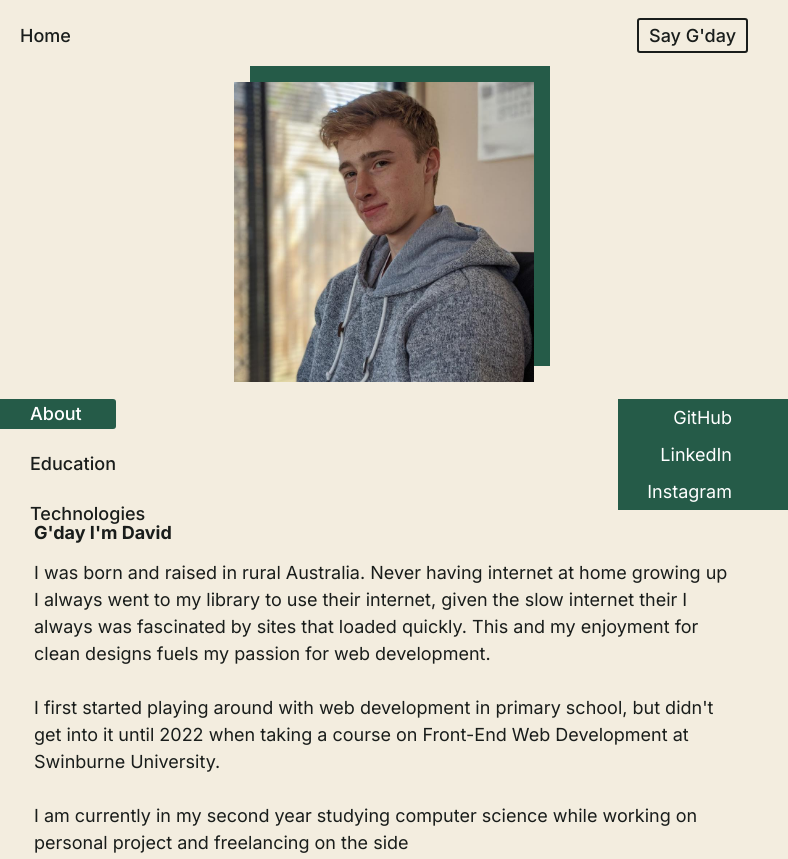
Repository: David-Waite/David-Waite-Portfolio
Page: /about
The author's editor kept a copy of each file at every save. The page is drawn from the files as they stood at one save, then again after the next save.
The browser window is 768 px wide. The page is 788 px wide, so the pictures cover 788 px, including what lies to the right of the window. The pictures show the whole page.
The project was rebuilt for these pictures with package versions that can differ from the ones it lists, and the page was loaded fresh each time. The framework's server and built-in components were replaced by stand-ins that run in the browser. Also part of the build but not shown: next.config.js.

Above is the page before, as saved 2023-07-27 10:21:44.

### app/layout.tsx
import "./globals.css";
import type { Metadata } from "next";
import { Inter } from "next/font/google";
import Link from "next/link";
import NavBar from "./components/Nav/NavBar/NavBar";

const inter = Inter({ subsets: ["latin"] });

export const metadata: Metadata = {
  title: "Create Next App",
  description: "Generated by create next app",
};

export default function RootLayout({
  children,
}: {
  children: React.ReactNode;
}) {
  return (
    <html lang="en">
      <body className={inter.className}>
        <NavBar />
        {children}
      </body>
    </html>
  );
}

### app/about/page.tsx
"use client";

import Image from "next/image";
import styles from "./page.module.css";
import Menu from "../components/About/Menu/Menu";
import { useState } from "react";

export default function About() {
  const [selected, setSelected] = useState({
    about: true,
    education: false,
    technologies: false,
  });

  function handleClick(select: string) {
    setSelected(() => {
      return {
        about: select === "about" ? true : false,
        education: select === "education" ? true : false,
        technologies: select === "technologies" ? true : false,
      };
    });
  }

  const AboutText = (
    <>
      <h1>G&apos;day I&apos;m David</h1>
      <p className={styles.description}>
        I was born and raised in rural Australia. Never having internet at home
        growing up I always went to my library to use their internet, given the
        slow internet their I always was fascinated by sites that loaded
        quickly. This and my enjoyment for clean designs fuels my passion for
        web development.
        <br />
        <br /> I first started playing around with web development in primary
        school, but didn&apos;t get into it until 2022 when taking a course on
        Front-End Web Development at Swinburne University.
        <br />
        <br /> I am currently in my second year studying computer science while
        working on personal project and freelancing on the side
      </p>
    </>
  );

  const EducationText = (
    <>
      <h1>My Education</h1>
      <ul className={`${styles.description} ${styles.descriptionList} `}>
        <li>
          CT50220 Dimploma of Information Technology (Front End Web Development)
          | 2022
        </li>
        <li>BA-CS Bachelor of Computer Science | 2023 - current</li>
        <li>Front end developer career path (72hrs) | Scrimba (online)</li>
        <li>
          React Native - The Practical Guide 2022 (26hrs) | Udemy (online)
        </li>
        <li>
          C# Basics for Beginners: Learn C# Fundamentals by Coding (6hrs) |
          Udemy (online)
        </li>
        <li>
          C# Intermediate: Classes, Interfaces and OOP (6hrs) | Udemy (online)
        </li>
      </ul>
    </>
  );
  const TechnologiesText = (
    <>
      <h1>What I&apos;m confortable with</h1>
      <ul className={`${styles.description} ${styles.descriptionList} `}>
        <li>HTML</li>
        <li>CSS</li>
        <li>Next.Js</li>
        <li>Contentful</li>
        <li>React.Js</li>
        <li>JavaScript</li>
        <li>C#</li>
      </ul>
    </>
  );

  let textContent;

  if (selected.about) {
    textContent = AboutText;
  }
  if (selected.technologies) {
    textContent = TechnologiesText;
  }
  if (selected.education) {
    textContent = EducationText;
  }
  return (
    <main className={styles.container}>
      <Menu selected={selected} onClick={handleClick} />
      <div className={`${styles.mobileLink} ${styles.links}`}>
        <a href="https://github.com/David-Waite" target="_blank">
          GitHub
        </a>
        <a href="www.linkedin.com/in/davidwaitedev" target="_blank">
          LinkedIn
        </a>
        <a href="https://www.instagram.com/david__waite/" target="_blank">
          Instagram
        </a>
      </div>
      <div className={styles.content}>
        <div>
          <div className={styles.paragraphContainer}>{textContent}</div>

          <div className={`${styles.desktopLink} ${styles.links}`}>
            <a href="https://github.com/David-Waite" target="_blank">
              GitHub
            </a>
            <a href="www.linkedin.com/in/davidwaitedev" target="_blank">
              LinkedIn
            </a>
            <a href="https://www.instagram.com/david__waite/" target="_blank">
              Instagram
            </a>
          </div>
        </div>
        <div className={styles.imageContainer}>
          <Image src="/aboutMe.jpg" fill={true} alt="David" />
        </div>
      </div>
    </main>
  );
}

### app/contact/send/route.ts
import mail from "@sendgrid/mail";
import { NextResponse } from "next/server";

// Create an api key in sendgrid and store someplace safe
mail.setApiKey(process.env.SENDGRID_API_KEY || "");

type ResponseData = {
  status?: string;
  message?: string;
};

export async function POST(request: Request) {
  let response: ResponseData = {};
  const body = await request.json();
  // I know the formData I sent in my request has name, email, and message fields so I'm just manually grabbing them to format a message
  const message = `
    Name: ${body.name}\r\n
    Email: ${body.email}\r\n
    Message: ${body.message}

  `;
  const data = {
    to: "davidwaite122@gmail.com",
    from: "davidwaiteportfolio@zohomail.com.au",
    subject: "Contact Message via Sendgrid",
    text: message,
    html: message.replace(/\r\n/g, "<br>"),
  };

  // Send the data and create a response object. I'm using status and message to display a success or fail notification in the UI
  await mail
    .send(data)
    .then(() => {
      response = {
        status: "success",
        message: "Your message was sent. I'll be in contact shortly.",
      };
    })
    .catch((error) => {
      response = {
        status: "error",
        message: `Message failed to send with error, ${error}`,
      };
    });

  return NextResponse.json(response);
}

### app/globals.css
:root {
  --primary: #255b48;
  --black: #191d1b;
  --background: #f3eddf;
  --white: #ffffff;
  --grey: #606060;
  --error: #a83c23;
}

.paragraph {
  font-size: 18px;
  font-style: normal;
  font-weight: 400;
  line-height: 25.2px;
  color: var(--black);
}

body {
  background-color: var(--background);
}

* {
  padding: 0;
  margin: 0;
  box-sizing: border-box;
}

### app/components/Nav/NavBar/NavBar.tsx
"use client";
import NavButton from "../NavButton/NavButton";
import styles from "./navBar.module.css";
import { usePathname } from "next/navigation";

import Link from "next/link";

export default function NavBar() {
  const currentRoute = usePathname();

  return (
    <nav className={styles.container}>
      <Link
        className={styles.link}
        href={`./${currentRoute === "/" ? "about" : "/"}`}
      >
        {currentRoute === "/" ? "About" : "Home"}
      </Link>

      {currentRoute !== "/contact" && <NavButton />}
    </nav>
  );
}

### app/about/page.module.css
.container {
  display: flex;
  height: calc(100vh - 70px);
  width: 100%;
  align-items: center;
  justify-content: center;
}

.content {
  position: relative;
  display: flex;
  align-items: center;
  gap: 200px;
}
.imageContainer {
  position: relative;
  width: 440px;
  height: 440px;
  box-shadow: var(--primary) 16px -16px 0px 0px;
}

.descriptionList {
  margin-left: 32px;
  margin-right: -32px;
}
.content h1 {
  color: var(--black);
  font-size: 18px;
  font-weight: 700;
  margin-bottom: 16px;
}
.description {
  color: var(--black);
  font-size: 18px;
  font-weight: 400;

  width: 740px;
  height: 300px;
  line-height: 27px;
}

.links {
  margin-top: 24px;
  position: absolute;
  left: -56px;
  padding: 0 56px;
  background-color: var(--primary);
  display: flex;
  align-items: center;
  flex-direction: column;
}
.mobileLink {
  display: none;
}
.links a {
  cursor: pointer !important;
  color: var(--white);
  text-decoration: none;
  font-size: 18px;
  margin: 8px 0;
}

.links a:hover {
  color: var(--grey);
}

@media (max-width: 2000px) {
  .content {
    gap: 100px;
  }
}
@media (max-width: 1850px) {
  .imageContainer {
    width: 350px;
    height: 350px;
  }
}

@media (max-width: 1750px) {
  .imageContainer {
    width: 350px;
    height: 350px;
    margin-right: -50px;
  }
}

@media (max-width: 1650px) {
  .description {
    width: 700px;
    height: 300px;
  }
}

@media (max-width: 1550px) {
  .imageContainer {
    margin-right: -100px;
    width: 300px;
    height: 300px;
  }
}
@media (max-width: 1439px) {
  .mobileLink {
    display: flex;
    top: 126px;
    left: calc(100vw - 150px);
    width: 170px;
    align-items: end;
  }

  .desktopLink {
    display: none;
  }

  .imageContainer {
    margin-right: 0px;
  }
  .content {
    flex-direction: column-reverse;
    margin-top: 70px;
  }
}
@media (max-width: 768px) {
  .container {
    padding: 20px;
  }
  .content {
    gap: 140px;
  }

  .mobileLink {
    top: 375px;
  }
}

@media (max-width: 425px) {
  .links a,
  .content h1,
  .description {
    font-size: 16px;
  }
}

### app/components/About/Menu/Menu.tsx
"use client";
import { CSSProperties, useState } from "react";
import styles from "./menu.module.css";
export default function Menu(props: { onClick: any; selected: any }) {
  function handleClick(select: string) {
    props.onClick(select);
  }

  const selectedBackground: any = {
    left: "0px",
  };
  const selectedP: any = {
    color: "white",
  };
  return (
    <div className={styles.menu}>
      <div
        className={`${styles.linkContainer} ${styles.about}`}
        onClick={() => handleClick("about")}
      >
        <div
          className={styles.aboutBackground}
          style={Object.assign(props.selected.about && selectedBackground)}
        ></div>
        <p style={Object.assign(props.selected.about && selectedP)}>About</p>
      </div>
      <br />
      <div
        className={`${styles.linkContainer} ${styles.education}`}
        onClick={() => handleClick("education")}
      >
        <div
          className={styles.educationBackground}
          style={Object.assign(props.selected.education && selectedBackground)}
        ></div>
        <p style={Object.assign(props.selected.education && selectedP)}>
          Education
        </p>
      </div>
      <br />
      <div
        className={`${styles.linkContainer} ${styles.technologies}`}
        onClick={() => handleClick("technologies")}
      >
        <div
          className={styles.technologiesBackground}
          style={Object.assign(
            props.selected.technologies && selectedBackground
          )}
        ></div>
        <p style={Object.assign(props.selected.technologies && selectedP)}>
          Technologies
        </p>
      </div>
    </div>
  );
}

### app/components/Nav/NavButton/NavButton.tsx
import styles from "./navButton.module.css";

import Link from "next/link";

export default function NavButton() {
  return (
    <Link className={styles.container} href={"./contact"}>
      Say G&apos;day
    </Link>
  );
}

### app/components/Nav/NavBar/navBar.module.css
.container {
  display: flex;
  align-items: center;
  justify-content: space-between;
  height: 70px;
  padding: 0 30px;
}

.link {
  color: var(--black);
  text-decoration: none;
  font-size: 18px;
  font-weight: 500;
  cursor: pointer !important;
}

.link:hover {
  color: var(--grey);
}

@media (max-width: 768px) {
  .container {
    padding: 0 20px;
  }
}
@media (max-width: 425px) {
  .link {
    font-size: 16px;
  }
}

### app/components/About/Menu/menu.module.css
.menu {
  position: absolute;
  left: 0;
  font-size: 18px;
  font-weight: 500;
}

.menu div {
  display: flex;
  align-items: center;
}

.linkContainer {
  position: relative;
}
.linkContainer p {
  position: relative;
  cursor: pointer !important;
  color: var(--black);
}

.aboutBackground,
.educationBackground,
.technologiesBackground {
  position: absolute;
  background-color: var(--primary);
  left: 0;
  height: 30px;
  border-radius: 0 3px 3px 0;
  transition: 0.3s ease-in;
}
.about {
  width: 116px;
}
.aboutBackground {
  width: 116px;
  left: -116px;
}
.about:hover .aboutBackground {
  left: 0;
}

.education {
  width: 148px;
}
.educationBackground {
  width: 148px;
  left: -148px;
}
.education:hover .educationBackground {
  left: 0;
}

.technologies {
  width: 175px;
}
.technologiesBackground {
  width: 175px;
  left: -175px;
}
.technologies:hover .technologiesBackground {
  left: 0;
}

.menu p {
  top: 0;
  padding: 4px 30px;

  transition: 0.3s;
}

.selected {
  border-radius: 0 3px 3px 0;
  color: var(--white);
  background: rgb(37, 91, 72);
}

.linkContainer p:hover {
  position: relative;
  color: var(--white);
}

@media (max-width: 1439px) {
  .menu {
    top: 150px;
  }
}

@media (max-width: 768px) {
  .menu {
    top: 399px;
  }
}

### app/components/Nav/NavButton/navButton.module.css
.container {
  border: 2px solid var(--black);
  color: var(--black);
  font-weight: 500;
  border-radius: 3px;
  font-size: 18px;
  padding: 5px 10px;
  transition: 0.3s;
  text-decoration: none;
  cursor: pointer !important;
}

.container:hover {
  background-color: var(--primary);
  color: var(--white);
}

@media (max-width: 425px) {
  .container {
    font-size: 16px;
  }
}

After the next save:
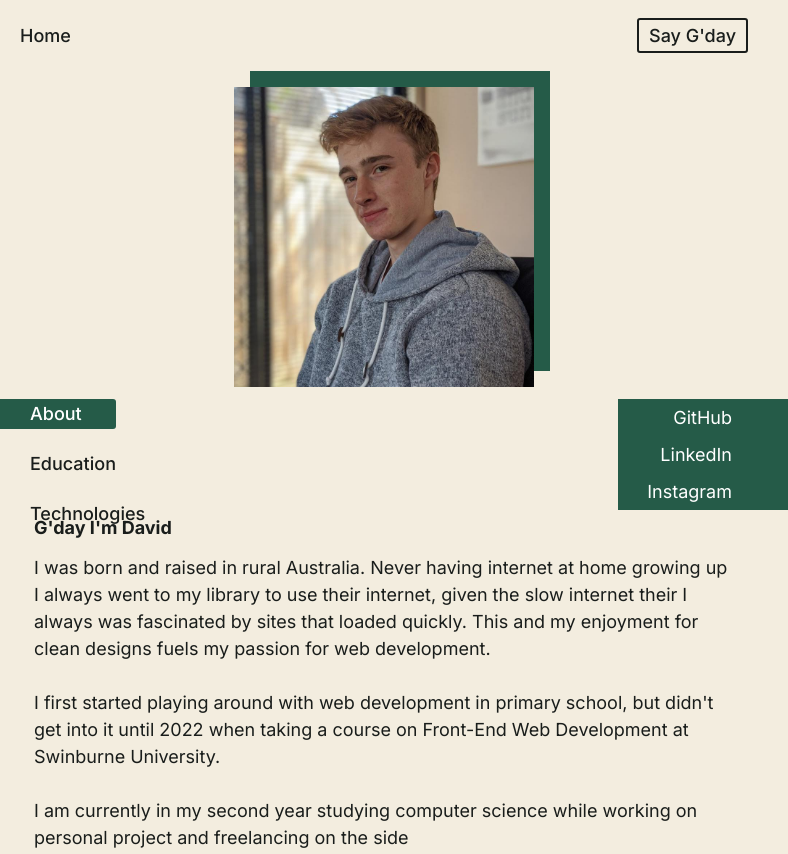
Saved 7 s later.
--- a/app/about/page.module.css
+++ b/app/about/page.module.css
@@ -124,7 +124,7 @@
     padding: 20px;
   }
   .content {
-    gap: 140px;
+    gap: 130px;
   }
 
   .mobileLink {
